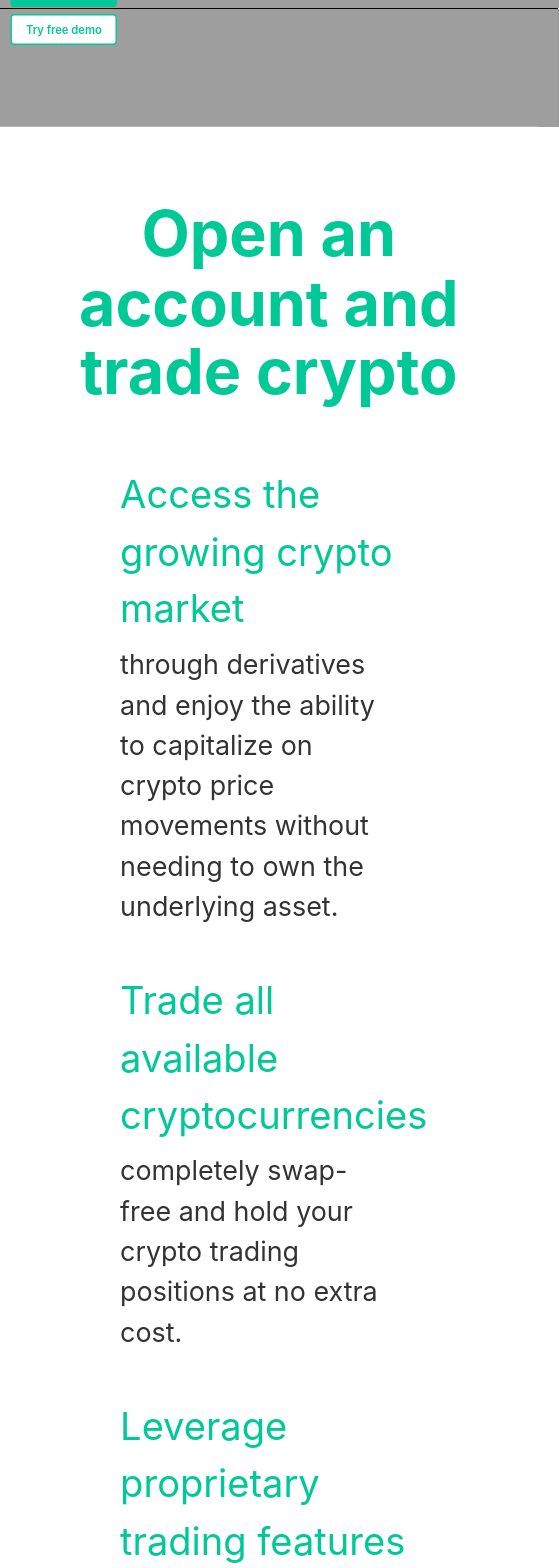
Repository: RevenewMarketing/Assex
Page: /atc
The author's editor kept a copy of each file at every save. The page is drawn from the files as they stood at one save, then again after the next save.
The browser window is 768 px wide. The page is 798 px wide, so the pictures cover 798 px, including what lies to the right of the window. The pictures show the part of the page from y = 353 to 2593 px (the page is 9024 px tall before and 7432 px after), at 70% of full size.
Pictures or frames that could not be fetched are drawn as grey boxes. The project was rebuilt for these pictures with package versions that can differ from the ones it lists, and the page was loaded fresh each time. Also part of the build but not shown: vite.config.ts, src/pages/home/sections/HeroSection.module.css, src/pages/home/sections/HeroSection.tsx, src/pages/home/sections/Section2.tsx, src/pages/home/sections/Section3.tsx, src/pages/home/sections/Section4.tsx, src/pages/home/sections/Section5.tsx, src/pages/home/sections/Section6.tsx and 19 more.

Above is the page before, as saved 2024-11-29 11:10:21.

### index.html
<!doctype html>
<html lang="en">
  <head>
    <meta charset="UTF-8" />
    <link rel="icon" type="image/svg+xml" href="/vite.svg" />
    <meta name="viewport" content="width=device-width, initial-scale=1.0" />
    <title>Assex</title>
  </head>
  <body>
    <div id="root"></div>
    <script type="module" src="/src/main.tsx"></script>
  </body>
</html>

### src/index.css
:root {
  font-family: Inter, system-ui, Avenir, Helvetica, Arial, sans-serif;
  line-height: 1.5;
  font-weight: 400;
  color-scheme: light dark;
  color: rgba(255, 255, 255, 0.87);
  background-color: #ffffff;
  font-synthesis: none;
  max-width: 1920px;
  margin: auto;
  text-rendering: optimizeLegibility;
  -webkit-font-smoothing: antialiased;
  -moz-osx-font-smoothing: grayscale;
  /* Smooth scrolling */
  scroll-behavior: smooth;
}

a {
  font-weight: 500;
  color: #646cff;
  text-decoration: inherit;
}

a:hover {
  color: #535bf2;
}

body {
  margin: 0;
  display: flex;
  place-items: center;
  min-width: 320px;
  min-height: 100vh;
  background-color: #FFF;
  /* align-content: center; */
  flex-direction: column;
  justify-content: flex-start;
}

h1 {
  font-size: 3.2em;
  line-height: 1.1;
}

button {
  border-radius: 8px;
  border: 1px solid transparent;
  padding: 0.6em 1.2em;
  font-size: 1em;
  font-weight: 500;
  font-family: inherit;
  background-color: #1a1a1a;
  cursor: pointer;
  transition: border-color 0.25s;
}

button:hover {
  border-color: #646cff;
}

button:focus,
button:focus-visible {
  outline: 4px auto -webkit-focus-ring-color;
}

@media (prefers-color-scheme: light) {
  :root {
    color: #213547;
    background-color: #ffffff;
  }

  a:hover {
    color: #747bff;
  }

  button {
    background-color: #f9f9f9;
  }
}

### src/App.tsx

import './App.css'
// import Navigation from './pages/home/Navigation'
import NavigationMenu from './components/navigation-menu/NavigationMenu'

import { BrowserRouter, Route, Routes } from 'react-router';
import Home from './pages/home/Home';
import Footer from './components/footer-section/Footer';
import About from './pages/about/About';
import Partner from './pages/partner/Partner';
import AccountTypeCrypto from './pages/account_type_crypto/AccountTypeCrypto';

function App() {

  return (
    <>
    <BrowserRouter>
    <NavigationMenu />
    <Routes>
      <Route path="/" element={<Home />} />
      <Route path="/about" element={<About />} />
      <Route path="/partner" element={<Partner />} />
      <Route path="/atc" element={<AccountTypeCrypto />} />
      {/* Define other routes */}
    </Routes>
    <Footer />
  </BrowserRouter>


    </>
  )
}

export default App

### src/App.css
#root {
  max-width: 1920px;
  width: 100%;
  margin: 0 auto;
  padding: 0;
  text-align: center;
}

.logo {
  height: 6em;
  padding: 1.5em;
  will-change: filter;
  transition: filter 300ms;
}
.logo:hover {
  filter: drop-shadow(0 0 2em #646cffaa);
}
.logo.react:hover {
  filter: drop-shadow(0 0 2em #61dafbaa);
}

@keyframes logo-spin {
  from {
    transform: rotate(0deg);
  }
  to {
    transform: rotate(360deg);
  }
}

@media (prefers-reduced-motion: no-preference) {
  a:nth-of-type(2) .logo {
    animation: logo-spin infinite 20s linear;
  }
}

.card {
  padding: 2em;
}

.read-the-docs {
  color: #888;
}

/* Auth Buttons */
.authButtons {
  /* margin-left: auto; */
  display: flex;
  gap: 10px;
}

### src/pages/account_type_crypto/AccountTypeCrypto.tsx
import Section1 from "./sections/Section1"
import Section2 from "./sections/Section2"
import Section3 from "./sections/Section3"
import Section4 from "./sections/Section4"
import Section5 from "./sections/Section5"
import Section6 from "./sections/Section6"



const AccountTypeCrypto = () => {
  return (
    <div>
      <Section1 />
      <Section2 />
      <Section3 />
      <Section4 />
      <Section5 />
      <Section6 />
    </div>
  )
}

export default AccountTypeCrypto

### src/components/navigation-menu/NavigationMenu.module.css
.navigationContainer {
  position: relative;
  font-family: Arial, sans-serif;
}

/* Navigation Bar */
.navigationBar {
  position: fixed;
  top: 0;
  left: 0;
  width: 100%;
  display: flex;
  background-color: #ffffff;
  padding: 10px 20px;
  box-sizing: border-box;
  z-index: 1001;
  justify-content: center;
  align-items: center;
}

/* Menu Item Container */
.menuItemContainer {
  margin-right: 20px;
}

/* Menu Items */
.menuItem {
  background: none;
  border: none;
  color: rgb(34, 34, 34);
  font-size: 1.2rem;
  cursor: pointer;
  transition: opacity 0.3s;
}

.menuItem:hover {
  opacity: 0.7;
}

.active {
  opacity: 0.5;
}

.navLogo {
  margin-right: 5dvw;
}

.languageSelector {
  margin-left: 20px;
  display: flex;
  align-items: center;
  font-size: 14px;
  color: #000000d8;
  cursor: pointer;
}

.globeIcon {
  margin-right: 5px;

}

/* Submenu */
.submenu {
  position: fixed;
  top: 50px;
  left: 0;
  width: 100%;
  height: 300px;
  background-color: #ffffff;
  box-shadow: 0 4px 8px rgba(0, 0, 0, 0.2);
  padding: 20px;
  box-sizing: border-box;
  z-index: 1000;
  opacity: 0;
  transform: translateY(-100%);
}

.submenuContent {
  display: flex
  ;
      justify-content: flex-start;
      gap: 10dvw;
      padding: 0 5dvw;
}

.submenuSection h4 {
  color: #0000003d;
  font-size: 1.2rem;
}

.submenuSection p {
  font-size: 1.2rem;
}

.submenuSection {
  text-align: left;
}

.submenuSection a {
  color: #000000;
  text-decoration: none;
  cursor: pointer;
  transition: color 0.3s;
}

.submenuSection a:hover {
  color: #00b074;
  transition: color 0.3s;
}

/* Fade In Animation */
.fadeIn {
  animation: slide-in-top 0.3s cubic-bezier(0.25, 0.46, 0.45, 0.94) forwards;
}

@keyframes slide-in-top {
  0% {
    transform: translateY(-100%);
    opacity: 0;
  }
  100% {
    transform: translateY(0);
    opacity: 1;
  }
}

/* Fade Out Animation */
.fadeOut {
  animation: slide-out-top 0.3s cubic-bezier(0.25, 0.46, 0.45, 0.94) forwards;
}

@keyframes slide-out-top {
  0% {
    transform: translateY(0);
    opacity: 1;
  }
  100% {
    transform: translateY(-100%);
    opacity: 0;
  }
}





/* Overlay */
.overlay {
  position: fixed;
  top: 50px;
  left: 0;
  width: 100%;
  height: calc(100% - 50px);
  background: rgba(0, 0, 0, 0.5);
  z-index: 999;
  opacity: 0;
  visibility: hidden;
  transition: opacity 0.3s ease, visibility 0.3s ease;
}

.fadeInOverlay {
  opacity: 1;
  visibility: visible;
  backdrop-filter: blur(5px);
}

.fadeOutOverlay {
  opacity: 0;
  visibility: hidden;
}

/* Page Content */
.pageContent {
  /* padding: 80px 20px 20px 20px; */
  transition: opacity 0.3s;
}

.dimmed {
  opacity: 0.3;
}

### src/components/ReusableButton.tsx

import styles from './GlobalComponentStyles.module.css';

type Props = {
  link?: string;
  text: string;
  type: 'register' | 'sign-in' | 'logout' | 'profile' | 'settings' | 'help' | 'free-trial' | 'learn-more' | 'dark' | 'light';
};

export default function ReusableButton({ link, text, type }: Props) {
  return (
      <button
      style={{
        backgroundColor: type === 'register' ? '#19BC9C' :
        type === 'sign-in' ? '#F4F6F7' :
        type === 'logout' ? '#FF6347' :
        type === 'profile' ? '#FFA07A' :
        type === 'settings' ? '#FF7F50' :
        type === 'help' ? '#FFA500' :
        type === 'free-trial' ? '#FFD700' :
        type === 'learn-more' ? '#FF4500' :
        type === 'dark' ? '#4C4B4D' :
        type === 'light' ? '#fff' : '#000',
        color: type === 'dark' ? '#fff' : '#000'
      }}
        className={styles.registerButton}
        onClick={() => window.open(link, '_blank')}
      >{text}
      </button>

  );
}

### src/components/footer-section/FooterStyles.module.css
.footerContainer {
  background-color: #ffffff;
  color: #333;
  padding: 60px 20px;
  font-family: Arial, sans-serif;
  font-size: 14px;
  line-height: 1.8;
}

.footerContainer h4 {
  font-size: 16px;
  font-weight: bold;
  margin-bottom: 10px;
  color: #000;
  text-align: left;
  margin-top: 0;
}

.footerContainer ul {
  list-style-type: none;
  padding: 0;
  margin: 0;
  text-align: left;
}

.footerContainer ul li {
  margin-bottom: 0px;
  cursor: pointer;
}

.footerContainer ul li:hover {
  color: #00b894;
}

.footerContainer .columnsContainer {
  display: flex;
  justify-content: space-between;
  gap: 20px;
  flex-wrap: wrap;
  margin-bottom: 40px;
  width: 80%;
  margin: auto;
}

.footerContainer .columnsContainer>div {
  flex: 1;
  min-width: 180px;
  /* Ensures alignment and proper spacing */
}

.linksContainer {
  display: flex;
  gap: 20px;
  justify-content: flex-end;
  width: 95%;
}

.linksContainer a {
  color: #000000 !important;
  font-weight: 600;
}

.footerContainer .linksContainer {
  text-align: center;
  margin: 20px 0 30px;
}

.footerContainer .linksContainer a {
  color: #007bff;
  text-decoration: none;
  margin: 0px;
  font-size: 14px;
}

.footerContainer .linksContainer a:hover {
  text-decoration: underline;
}

.footerContainer .details {
  font-size: 12px;
  color: #666;
  line-height: 1.5;
  margin: 20px auto;
  text-align: center;
  width: 90%;
  border-top: 1px solid #80808061;
  padding-top: 10px;
}

.footerContainer .details p {
  margin-bottom: 15px;
}

.footerContainer .logoContainer {
  text-align: left;
  margin: auto;
  width: 80%;
}

.footerContainer .logoContainer img {
  max-width: 150px;
}

.footerContainer .copyright {
  text-align: center;
  font-size: 14px;
  margin-top: 30px;
}


.details p {
  margin: 0 !important;
}

### src/pages/account_type_crypto/sections/Section1.tsx

import styles from './Section1.module.css';

const textContent = {
  title: 'CRYPTO TRADING WITHOUT THE SWAP FEES',
  subtitle: 'Trade popular cryptocurrencies including BTCUSD, ETHUSD, and LTCUSD. Hold your positions with no overnight charges.',
  registerButton: 'Register',
  demoButton: 'Try free demo',
};

const Section1: React.FC = () => {
  return (
    <section className={styles.container}>
    <div className={styles.textContainer}>
       <i> <h1 className={styles.title}>{textContent.title}</h1></i>
        <p className={styles.subtitle}>{textContent.subtitle}</p>
    </div>
      <div className={styles.buttonsContainer}>
        <button className={`${styles.button} ${styles.primaryButton}`}>{textContent.registerButton}</button>
        <button className={styles.button}>{textContent.demoButton}</button>
      </div>
    </section>
  );
};

export default Section1;

### src/pages/account_type_crypto/sections/Section2.tsx

import styles from './Section2.module.css';

const textContent = {
  title: 'Open an account and trade crypto',
  features: [
    {
      title: 'Access the growing crypto market',
      description:
        'through derivatives and enjoy the ability to capitalize on crypto price movements without needing to own the underlying asset.',
    },
    {
      title: 'Trade all available cryptocurrencies',
      description:
        'completely swap-free and hold your crypto trading positions at no extra cost.',
    },
    {
      title: 'Leverage proprietary trading features',
      description:
        'to strengthen your positions and give your strategy a unique advantage in a dynamic market.',
    },
  ],
};

const Section2: React.FC = () => {
  return (
    <section className={styles.container}>
      <h1 className={styles.title}>{textContent.title}</h1>
      <div className={styles.textContent}>

        <div className={styles.featuresContainer}>
          {textContent.features.map((feature, index) => (
            <div key={index} className={styles.feature}>
              <h2 className={styles.featureTitle}>{feature.title}</h2>
              <p className={styles.featureDescription}>{feature.description}</p>
            </div>
          ))}
        </div>
        <div className={styles.imagePlaceholder}></div>
      </div>

    </section>
  );
};

export default Section2;

### src/pages/account_type_crypto/sections/Section3.tsx

import styles from './Section3.module.css';

const textContent = {
  features: [
    {
      label: 'Withdrawals',
      title: 'Instant withdrawals',
      description: 'Get your deposits and withdrawals approved the moment you click the button.',
    },
    {
      label: 'Withdrawals',
      title: 'The best spreads on crypto',
      description: 'Trade with the tightest & most stable spreads in the market.',
    },
    {
      label: 'Withdrawals',
      title: 'Ultra-fast execution',
      description: 'Execute your orders in milliseconds no matter how big they are.',
    },
    {
      label: 'Withdrawals',
      title: 'No overnight fees',
      description: 'Hold your leveraged positions for as long as you like, swap-free. T&C apply.',
    },
  ],
};

const Section3: React.FC = () => {
  return (
    <section className={styles.container}>
      <div className={styles.leftColumn}>
        {textContent.features.slice(0, 2).map((feature, index) => (
          <div key={index} className={styles.feature}>
            <span className={styles.label}>{feature.label}</span>
            <h2 className={styles.title}>{feature.title}</h2>
            <p className={styles.description}>{feature.description}</p>
          </div>
        ))}
      </div>
      <div className={styles.imageContainer}>
        {/* Placeholder for the Bitcoin image */}
        <div className={styles.imagePlaceholder}></div>
      </div>
      <div className={styles.rightColumn}>
        {textContent.features.slice(2).map((feature, index) => (
          <div key={index} className={styles.feature}>
            <span className={styles.label}>{feature.label}</span>
            <h2 className={styles.title}>{feature.title}</h2>
            <p className={styles.description}>{feature.description}</p>
          </div>
        ))}
      </div>
    </section>
  );
};

export default Section3;

### src/pages/account_type_crypto/sections/Section5.tsx

import styles from "./Section5.module.css";

const content = {
  heading: "Why trade crypto with Assex Markets",
  subheading:
    "From Bitcoin to Ethereum, Litecoin, and more, you can trade cryptocurrency price movements against the US dollar with better-than-market conditions.",
  cards: [
    {
      title: "Instant withdrawals",
      description:
        "Simplify withdrawals for quick access to your funds. Choose your favorite payment method, make a withdrawal request, and enjoy instant approval.",
    },
    {
      title: "Swap-free trading",
      description:
        "Keep your online trades running overnight with 0 charges, whether you are buying or shorting your cryptocurrency of choice.",
    },
    {
      title: "Stop Out Protection",
      description:
        "Enjoy a unique market protection feature that strengthens your positions and helps delay or avoid stop outs, particularly during increased volatility.",
    },
  ],
};

const Section5 = () => {
  return (
    <section className={styles.section}>
      <h1 className={styles.heading}>{content.heading}</h1>
      <p className={styles.subheading}>{content.subheading}</p>
      <div className={styles.cardContainer}>
        {content.cards.map((card, index) => (
          <div key={index} className={styles.card}>
            <div className={styles.cardIcon} ></div>
            <h2 className={styles.cardTitle}>{card.title}</h2>
            <p className={styles.cardDescription}>{card.description}</p>
          </div>
        ))}
      </div>
    </section>
  );
};

export default Section5;

### src/components/GlobalComponentStyles.module.css


.registerButton {
  background-color: #00b074;
  color: white;
  border: none;
  padding: 8px 16px;
  font-size: 14px;
  border-radius: 4px;
  cursor: pointer;
}

.signInButton {
  background-color: #f4f4f4;
  color: #333;
  border: 1px solid #ccc;
  padding: 8px 16px;
  font-size: 14px;
  border-radius: 4px;
  cursor: pointer;
}

### src/pages/account_type_crypto/sections/Section1.module.css
.container {
  background-image: url('/path-to-your-background-image.jpg');
  /* Replace with your background image path */
  background-size: cover;
  background-position: center;
  background-repeat: no-repeat;
  width: 100%;
  min-height: 63dvh;
  display: flex;
  flex-direction: column;
  justify-content: center;
  align-items: flex-start;
  padding: 20px 40px;

  background-color: rgba(0, 0, 0, 0.73);

}

@media (max-width: 768px) {
  .container {
    height: auto;
    padding: 15px;
  }
}

.title {
  font-size: 5rem;
  font-weight: 700;
  color: white;
  margin: 0 0 20px;
  text-align: left;
}

.textContainer {
  width: 55%;
}

@media (max-width: 768px) {
  .title {
    font-size: 2rem;
    margin-bottom: 15px;
  }
}

.subtitle {
  font-size: 2rem;
  color: white;
  margin: 0 0 30px;
  text-align: left;
  width: 72%;
}

@media (max-width: 768px) {
  .subtitle {
    font-size: 1rem;
    margin-bottom: 20px;
  }
}

.buttonsContainer {
  display: flex;
  gap: 15px;
}

@media (max-width: 768px) {
  .buttonsContainer {
    flex-direction: column;
    gap: 10px;
  }
}

.button {
  background-color: white;
  color: #00c897;
  border: 2px solid #00c897;
  border-radius: 5px;
  font-size: 1rem;
  font-weight: 600;
  padding: 10px 20px;
  cursor: pointer;
  transition: all 0.3s ease;
}

.button:hover {
  background-color: #e8f8f4;
}

.primaryButton {
  background-color: #00c897;
  color: white;
}

.primaryButton:hover {
  background-color: #00b087;
}

@media (max-width: 768px) {
  .button {
    width: 100%;
    text-align: center;
  }
}

### src/pages/account_type_crypto/sections/Section2.module.css
.container {
  display: flex;
  justify-content: space-between;
  align-items: center;
  padding: 60px;
  background-color: #ffffff;
  flex-direction: column;
}

@media (max-width: 768px) {
  .container {
    flex-direction: column;
    padding: 30px;
  }
}

.content {
  flex: 1;
  margin-right: 40px;
}

.textContent {
  display: flex;
  justify-content: space-evenly;
  flex-direction: row;
  flex-wrap: wrap;
  align-items: center;
}

.title {
  font-size: 5.6rem;
  font-weight: bold;
  color: #00c897;
  margin-bottom: 40px;
  width: 100%;



}

.features {
  display: flex;
  flex-direction: column;
  gap: 30px;
}

.feature {
  margin-bottom: 20px;
  text-align: left;
}

.featuresContainer {
  display: flex;
  flex-direction: column;
  align-items: flex-start;
  width: 60%;
}

.featureTitle {
  font-size: 3.4rem;
  font-weight: bold;
  color: #00c897;
  margin-bottom: 10px;
  font-weight: 400;
}

.featureDescription {
  font-size: 2.4rem;
  color: #333;
  margin: 0;
  width: 90%;
  font-weight: 400;
}

.imagePlaceholder {
  width: 600px;
  height: 700px;
  background-color: #e6e6e6;
  border-radius: 10px;
  flex-shrink: 0;
}

@media (max-width: 768px) {
  .imagePlaceholder {
    width: 100%;
    height: auto;
    aspect-ratio: 4 / 3;
    margin-top: 30px;
  }
}

### src/pages/account_type_crypto/sections/Section3.module.css
.container {
  display: flex;
  justify-content: space-between;
  align-items: center;
  padding: 40px;
  background-color: #00c897;
  color: white;
  gap: 20px;
}

@media (max-width: 768px) {
  .container {
    flex-direction: column;
    padding: 20px;
  }
}

.leftColumn,
.rightColumn {
  display: flex;
  flex-direction: column;
  gap: 30px;
  flex: 1;
}

.imageContainer {
  display: flex;
  justify-content: center;
  align-items: center;
  flex-shrink: 0;
  flex-basis: 500px;
}

.imagePlaceholder {
  width: 200px;
  height: 200px;
  border-radius: 50%;
  background-color: #f4f4f4;
  display: flex;
  justify-content: center;
  align-items: center;
}

.feature {
  text-align: center;
}

.label {
  display: inline-block;
  background-color: #0C2780;
  color: white;
  padding: 5px 20px;
  font-size: 1.2rem;
  border-radius: 10px;
  margin-bottom: 10px;
}

.title {
  font-size: 2rem;
  font-weight: 400;
  margin: 10px 0;
  color: white;
}

.description {
  font-size: 1.5rem;
  color: #000000;
}

@media (max-width: 768px) {
  .leftColumn,
  .rightColumn {
    align-items: center;
  }

  .imageContainer {
    margin: 30px 0;
  }
}

### src/pages/account_type_crypto/sections/Section4.module.css
.container {
  background: rgb(40, 59, 121);
  background: linear-gradient(0deg, rgba(40, 59, 121, 1) 0%, rgba(32, 13, 63, 1) 100%);
  color: #ffffff;
  padding: 100px;
  display: flex;
  flex-direction: row;
  align-items: center;
  text-align: left;
  justify-content: space-evenly;
}

@media (max-width: 768px) {
  .container {
    padding: 20px;
    flex-direction: column;
  }
}

.heading {
  font-size: 4rem; /* Reduced for better readability */
  font-weight: bold;
  color: #ffffff;
  margin-bottom: 30px;
  width: 100%; /* Full width on smaller screens */
  text-align: center; /* Centered for better layout */
}

.content {
  display: flex;
  flex-direction: column;
  width: 100%; /* Full width for content */
}

.section {
  border-bottom: 1px solid #444;
  padding-bottom: 20px;
  margin-bottom: 20px;
}

.section:last-child {
  border-bottom: none;
  margin-bottom: 0;
  padding-bottom: 0;
}

.title {
  font-size: 2.5rem; /* Adjusted for consistency */
  font-weight: 500;
  margin: 20px 0;
  color: #ffffff;
  line-height: 1.4;
}

.paragraph, .listItem {
  font-size: 1.6rem; /* Scaled for better readability */
  color: #dcdcdc;
  white-space: pre-line;
  line-height: 1.5;
}

.paragraph {
  margin: 15px 0;
}

.paragraph ul {
  padding-left: 40px;
}

.list {
  margin: 20px 0;
}

.listItem {
  font-size: 1.4rem;
  margin: 5px 0;
}

@media (max-width: 768px) {
  .heading {
    font-size: 2rem;
    margin-bottom: 20px;
  }

  .title {
    font-size: 1.8rem;
  }

  .paragraph, .listItem {
    font-size: 1.2rem;
  }
}

### src/pages/account_type_crypto/sections/Section5.module.css
.section {
  padding: 20px;
  text-align: center;
  background-color: #f9f9f9;
}

.cardIcon {
  border-radius: 50%;
  width: 50px;
  height: 50px;
  background-color: #00b894;
  margin: 0 auto;
}

.heading {
  font-weight: 400;
  color: #00b894;
  margin-bottom: 10px;
}

.subheading {
  color: #636e72;
  margin: auto;
  width: 50%;

}

.cardContainer {
  display: flex;
  justify-content: center;
  gap: 20px;
  flex-wrap: wrap;
  margin: 20px;
}

.card {
  display: flex;
  flex-direction: column;
  justify-content: flex-start;
  background: white;
  padding: 15px;
  border: 1px solid #dfe6e9;
  border-radius: 8px;
  max-width: 230px;
  height: 300px;
  text-align: left;
  box-shadow: 0 2px 4px rgba(0, 0, 0, 0.1);
}

.cardTitle {
  font-weight: 400;
  color: #00b894;
  margin-bottom: 8px;
}

.cardDescription {
  text-align: center;
  color: #2d3436;
  line-height: 1.6;
}

### src/pages/account_type_crypto/sections/Section6.module.css
.section {
  padding: 50px;
  background-color: #1ABC9C;
  display: flex;
  justify-content: space-around;
}

.sectionContainer {
  background-color: #ffffff;
  border-radius: 8px;
  padding: 30px;
  display: flex
;

}

.heading {
  font-weight: 400;
  margin-bottom: 20px;
  text-align: left;
  color: #1ABC9C;
  width: 25%;
}

.accordionContainer {
  background: #ffffff;
  border-radius: 8px;
  overflow: hidden;
}

.accordionItem {
  border-bottom: 1px solid #dfe6e9;
}

.accordionQuestion {
  padding: 15px 20px;
  font-size: 16px;
  font-weight: bold;
  cursor: pointer;
  display: flex;
  justify-content: space-between;
  align-items: center;
  color: #2d3436;
}

.accordionQuestion:hover {
  background-color: #f1f2f6;
}

.icon {
  font-size: 18px;
  color: #1ABC9C;
}

.accordionAnswer {
  overflow: hidden;
  max-height: 0px;
  /* Initially closed */
  transition: max-height 0.3s ease-in-out;
  /* Smooth sliding animation */
  padding: 0 20px;
  font-size: 14px;
  background: #f9f9f9;
  color: #636e72;
}

Loaded but not shown: src/main.tsx (common file); src/components/navigation-menu/NavigationMenu.tsx (268 lines, source omitted); src/pages/account_type_crypto/sections/Section6.tsx (94 lines, source omitted); src/pages/account_type_crypto/sections/Section4.tsx (85 lines, source omitted); src/components/footer-section/Footer.tsx (87 lines, source omitted)

After the next save:
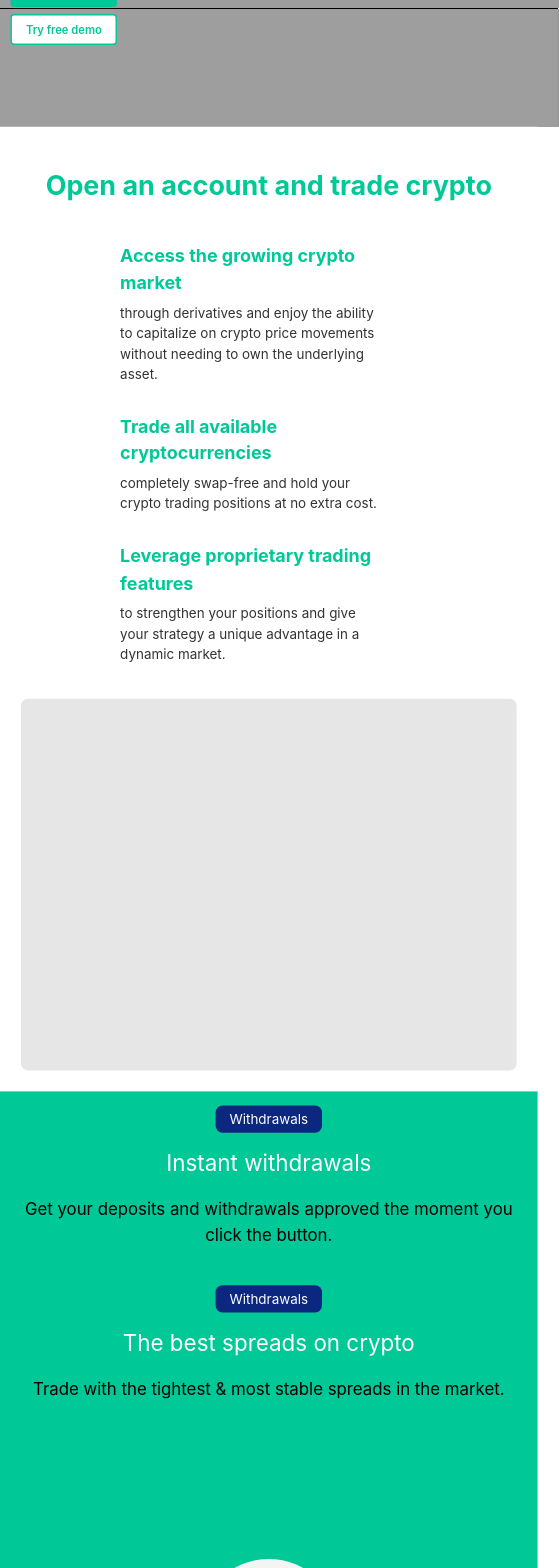
Saved 58 s later.
--- a/src/pages/account_type_crypto/sections/Section2.module.css
+++ b/src/pages/account_type_crypto/sections/Section2.module.css
@@ -28,14 +28,17 @@
 }
 
 .title {
-  font-size: 5.6rem;
+  font-size: 3rem; /* 48px for large screens */
   font-weight: bold;
   color: #00c897;
   margin-bottom: 40px;
   width: 100%;
+}
 
-
-
+@media (max-width: 768px) {
+  .title {
+    font-size: 2.4rem; /* 38.4px for smaller screens */
+  }
 }
 
 .features {
@@ -57,19 +60,30 @@
 }
 
 .featureTitle {
-  font-size: 3.4rem;
+  font-size: 1.8rem; /* 28.8px for large screens */
   font-weight: bold;
   color: #00c897;
   margin-bottom: 10px;
-  font-weight: 400;
+}
+
+@media (max-width: 768px) {
+  .featureTitle {
+    font-size: 1.6rem; /* 25.6px for smaller screens */
+  }
 }
 
 .featureDescription {
-  font-size: 2.4rem;
+  font-size: 1.4rem; /* 22.4px for large screens */
   color: #333;
   margin: 0;
   width: 90%;
   font-weight: 400;
+}
+
+@media (max-width: 768px) {
+  .featureDescription {
+    font-size: 1.2rem; /* 19.2px for smaller screens */
+  }
 }
 
 .imagePlaceholder {
